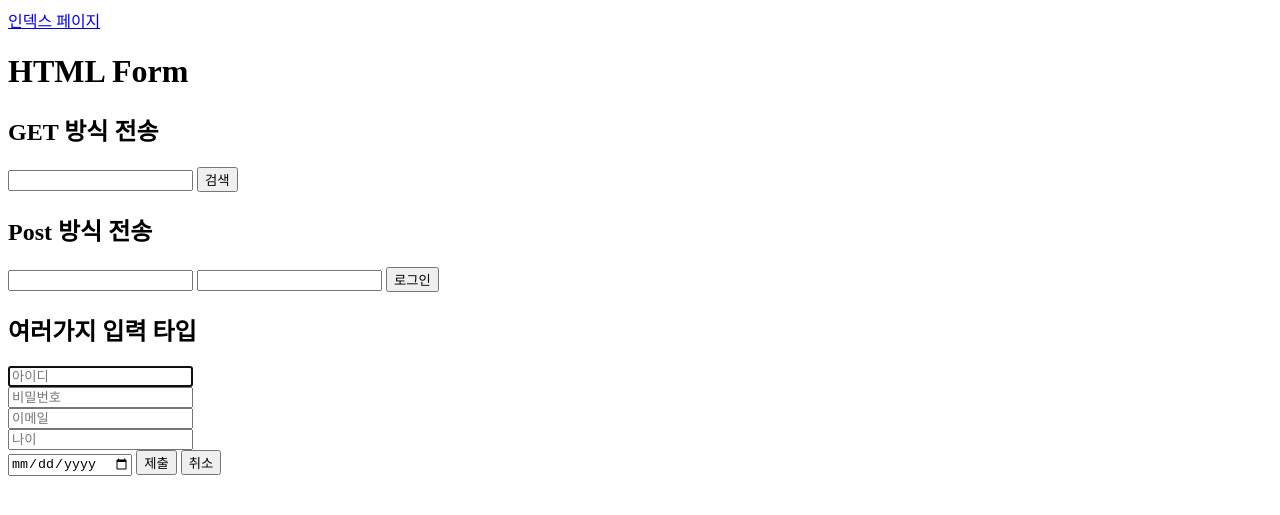
Repository: Sid0130/HTML
Page: lab-web/lab01_html/src/main/webapp/form.html
An editor plug-in stored every save of this project. The page is shown before and after the next save, followed by the edit.
The browser window is 1280 px wide. The pictures show the whole page.

Above is the page before, as saved 2024-12-04 04:44:46.

After the next save:
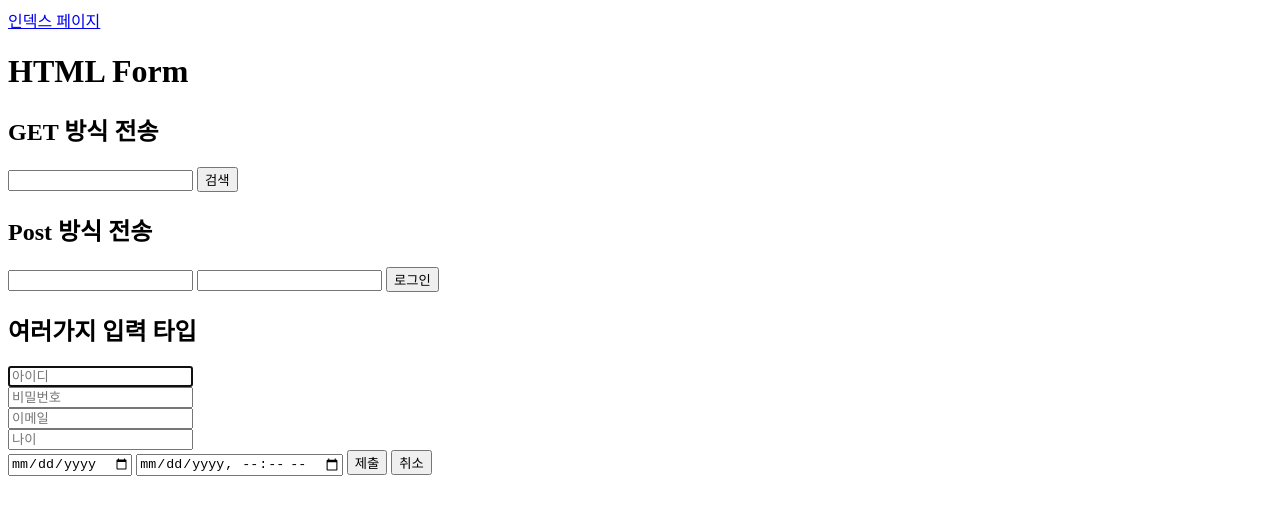
Saved 59 s later.
--- a/lab-web/lab01_html/src/main/webapp/form.html
+++ b/lab-web/lab01_html/src/main/webapp/form.html
@@ -48,6 +48,7 @@
             <input type="number" name="age" placeholder="나이"/>
             <br/>
             <input type="date" name="birthday" />
+            <input type="datetime-local" name="createdTime" />
 
             <input type="submit" value="제출"/> <!-- 클라이언트가 서버로 양식 데이터를 제출 -->
             <input type="reset" value="취소"/> <!--클라이언트가 양식 데이터를 초기화 -->
